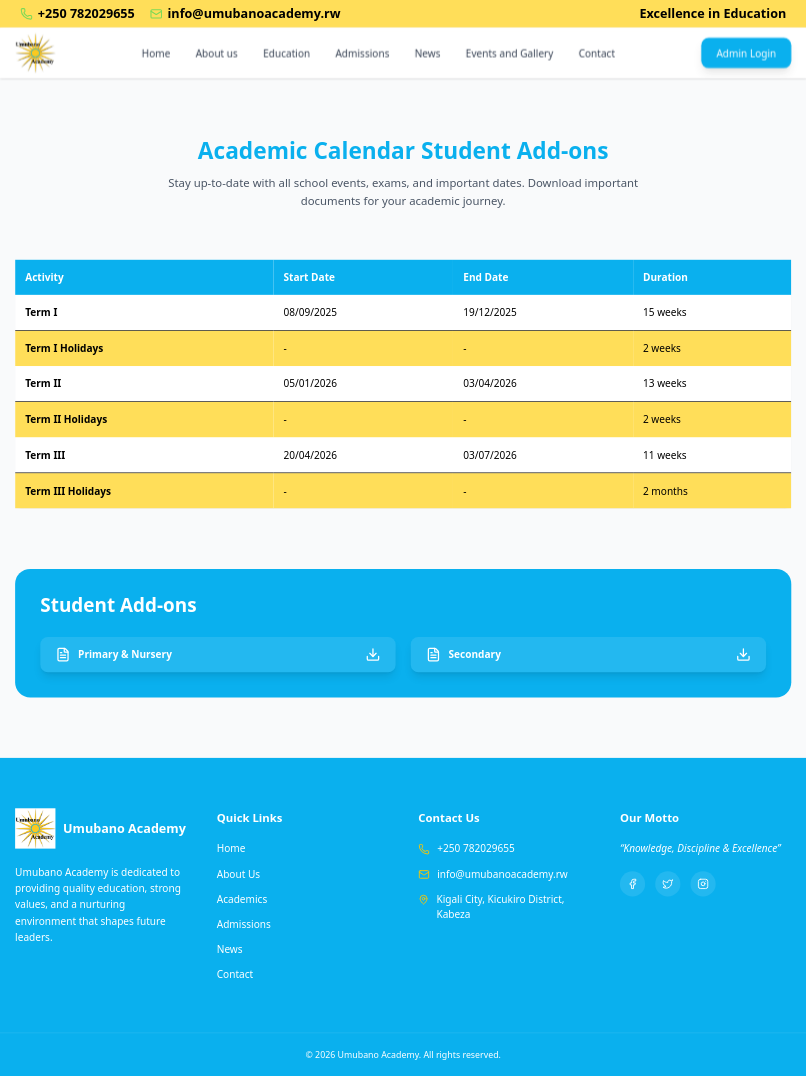
Repository: Umubano-Academy/umubano-academy-website
Page: /academic
An editor plug-in stored every save of this project. The page is shown before and after a run of saves, followed by the edit.
The browser window is 1280 px wide. The pictures show the whole page, at 63% of full size.
The project was rebuilt for these pictures with package versions that can differ from the ones it lists, and the page was loaded fresh each time. Also part of the build but not shown: vite.config.js, src/components/guest/Hero.jsx, src/components/guest/Event.jsx, src/components/guest/News.jsx, src/components/guest/Contact.jsx, src/components/guest/WhyCooseUs.jsx, src/components/guest/WelcomeSection.jsx, src/components/guest/Home.jsx and 10 more. Imported but missing from the stored project, and not drawn on this page: src/assets/addons/Primary-Enrolment-Handout-2025.pdf, src/assets/addons/Secondary-Enrolment-Handout-2025-2026.pdf.

Above is the page before, as saved 2026-01-20 10:06:31.

After the next 2 saves:
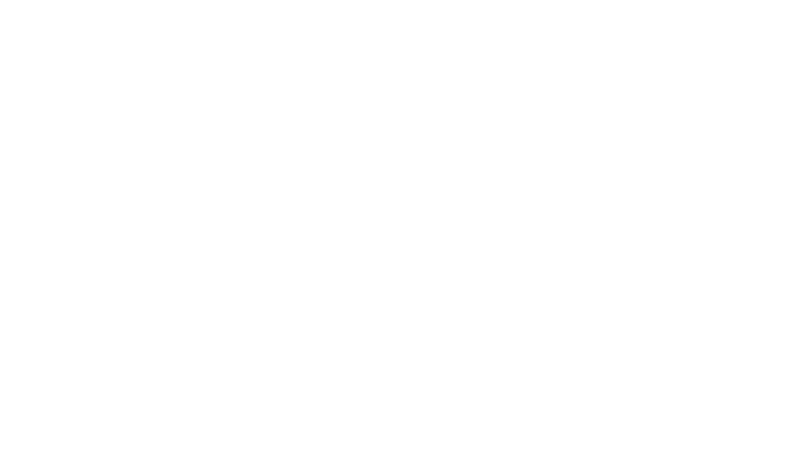
Console error: ReferenceError: nurseryImg is not defined
The 2 saves are shown as one change because they came seconds apart.
The last was saved 24 s later.
--- a/src/components/guest/Academic.jsx
+++ b/src/components/guest/Academic.jsx
@@ -32,6 +32,35 @@
     { activity: "Term III", start: "20/04/2026", end: "03/07/2026", duration: "11 weeks" },
     { activity: "Term III Holidays", start: "-", end: "-", duration: "2 months" },
   ]
+
+
+   // Table data for school levels (keep your original style)
+    const schoolLevels = [
+      {
+        name: "Nursery",
+        grade: "KG1 - KG3",
+        age: "Ages 3-5",
+        description: "Foundation stage focusing on play-based learning and social skills.",
+        img: nurseryImg,
+        link: "/education/nursery",
+      },
+      {
+        name: "Primary",
+        grade: "Grade 1 - Grade 6",
+        age: "Ages 6-12",
+        description: "Building literacy, numeracy and social skills in a supportive environment.",
+        img: primaryImg,
+        link: "/primary",
+      },
+      {
+        name: "Lower Secondary",
+        grade: "S1 - S3",
+        age: "Ages 13-15",
+        description: "Preparing students for senior secondary with a broad curriculum and life skills.",
+        img: secondaryImg,
+        link: "/education/lower-secondary",
+      },
+    ];
 
   const addons = [
     { title: "Primary & Nursery", file: primaryPdf },

After the 3 saves that followed:
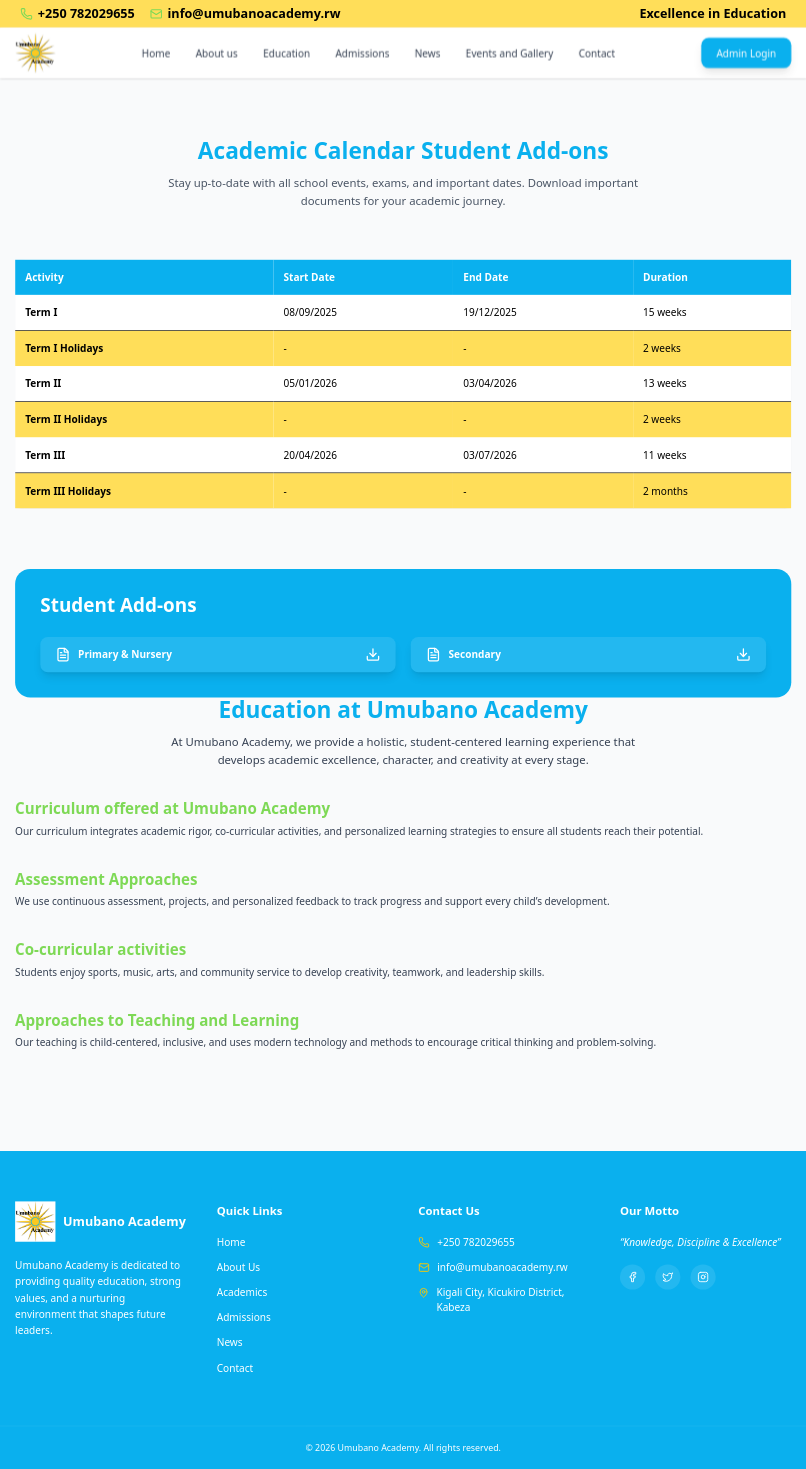
The error is gone.
The 3 saves are shown as one change because 1 left the picture as it was and some came seconds apart.
The last was saved 59 s later.
--- a/src/components/guest/Academic.jsx
+++ b/src/components/guest/Academic.jsx
@@ -6,6 +6,12 @@
 // import  from "../../assets/addons/.pdf"
 import secondaryPdf from "../../assets/addons/Secondary-Enrolment-Handout-2025-2026.pdf"
 import primaryPdf from "../../assets/addons/Primary-Enrolment-Handout-2025.pdf"
+
+
+// Images for school levels
+import nurseryImg from "../../assets/gallery/image_6.jpg";
+import primaryImg from "../../assets/gallery/image_6.jpg";
+import secondaryImg from "../../assets/gallery/image_6.jpg";
 
 // Partners logos
 import p1 from "../../assets/partners/AEGIS-TRUST.jpg";
@@ -148,6 +154,45 @@
           </div>
         </motion.div>
 
+        {/* Header */}
+        <div className="text-center max-w-3xl mx-auto mb-12">
+          <h1 className="text-4xl font-bold text-[#0AB0EE] mb-4">Education at Umubano Academy</h1>
+          <p className="text-gray-700 text-lg">
+            At Umubano Academy, we provide a holistic, student-centered learning experience that develops academic excellence, character, and creativity at every stage.
+          </p>
+        </div>
+
+        {/* New Sections */}
+        <div className="space-y-12 mb-16">
+          <div>
+            <h2 className="text-2xl font-bold text-[#7ED956] mb-2">Curriculum offered at Umubano Academy</h2>
+            <p className="text-gray-700">
+              Our curriculum integrates academic rigor, co-curricular activities, and personalized learning strategies to ensure all students reach their potential.
+            </p>
+          </div>
+
+          <div>
+            <h2 className="text-2xl font-bold text-[#7ED956] mb-2">Assessment Approaches</h2>
+            <p className="text-gray-700">
+              We use continuous assessment, projects, and personalized feedback to track progress and support every child’s development.
+            </p>
+          </div>
+
+          <div>
+            <h2 className="text-2xl font-bold text-[#7ED956] mb-2">Co-curricular activities</h2>
+            <p className="text-gray-700">
+              Students enjoy sports, music, arts, and community service to develop creativity, teamwork, and leadership skills.
+            </p>
+          </div>
+
+          <div>
+            <h2 className="text-2xl font-bold text-[#7ED956] mb-2">Approaches to Teaching and Learning</h2>
+            <p className="text-gray-700">
+              Our teaching is child-centered, inclusive, and uses modern technology and methods to encourage critical thinking and problem-solving.
+            </p>
+          </div>
+        </div>
+
       </div>
     </section>
   )
